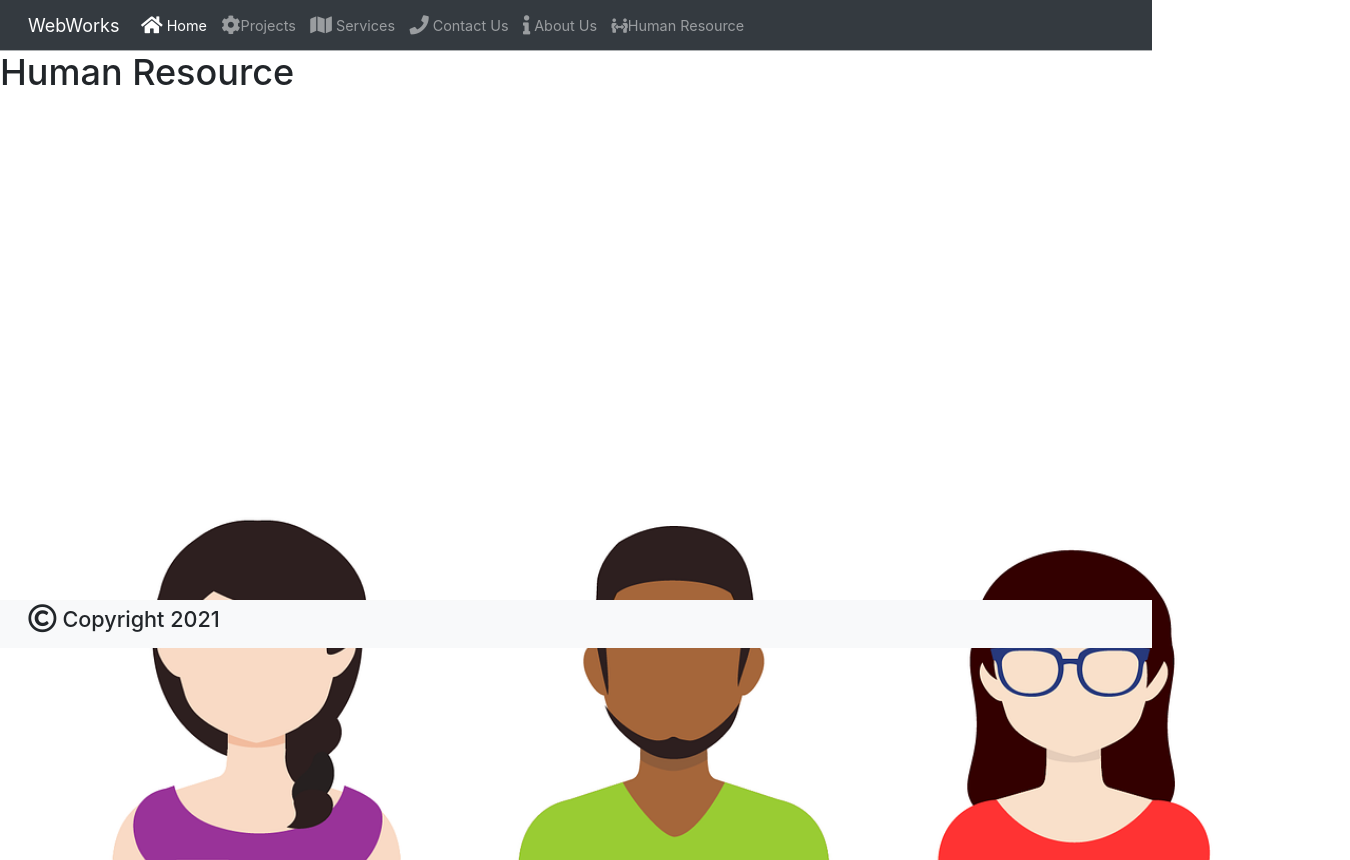
Repository: JonathonWager/Webd6202Lab1
Page: human_resource.html
An editor plug-in stored every save of this project. The page is shown before and after the next save, followed by the edit.
The browser window is 1280 px wide. The page is 1500 px wide, then 1280 px, so the pictures cover 1500 px, including what lies to the right of the window. The pictures show the whole page, at 90% of full size.

Above is the page before, as saved 2021-02-05 20:24:24.
Not found: Content/app.css

After the next save:
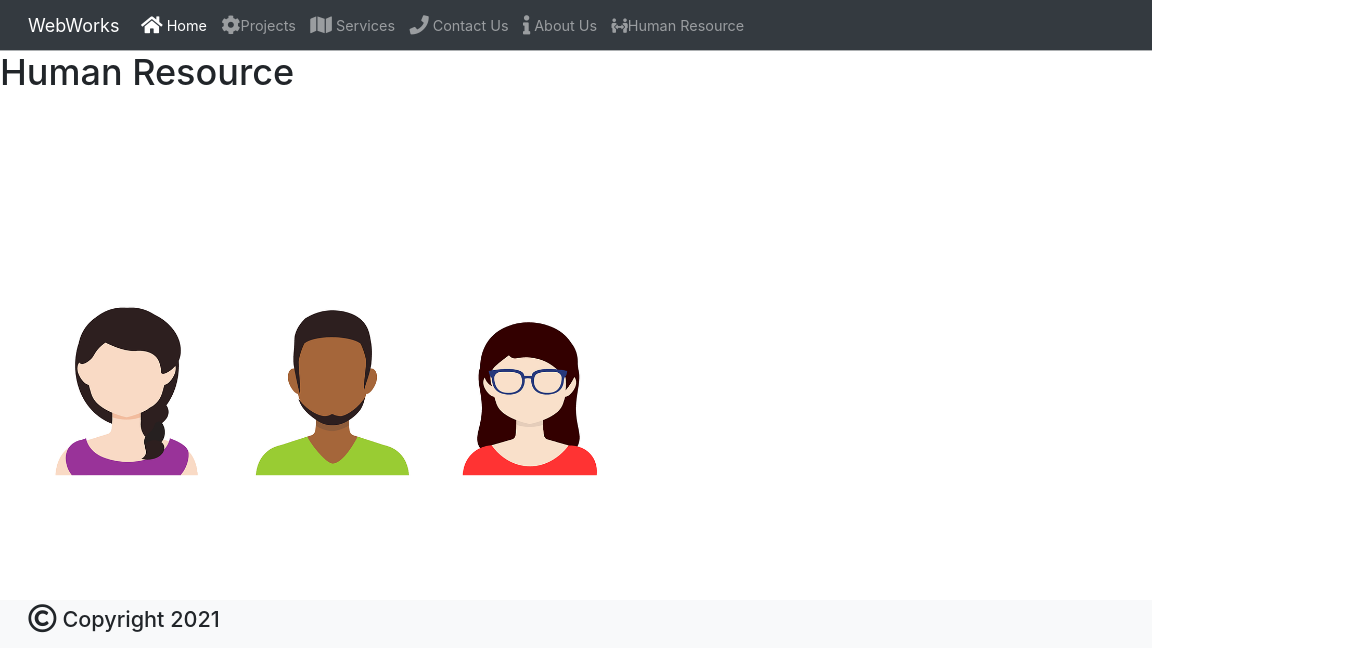
Saved 7 s later.
--- a/human_resource.html
+++ b/human_resource.html
@@ -49,7 +49,7 @@
     <main>
     <h1>Human Resource</h1>
       <div id="AboutAaronContent"> </div>
-      <img src="/Pictures/Human Resources Page/HRPicture.png" width = 1500x; alt="Deck of Cards">
+      <img src="/Pictures/Human Resources Page/HRPicture.png" width = 740x; alt="Deck of Cards">
   </main>
 
     <!-- Main Footer -->
